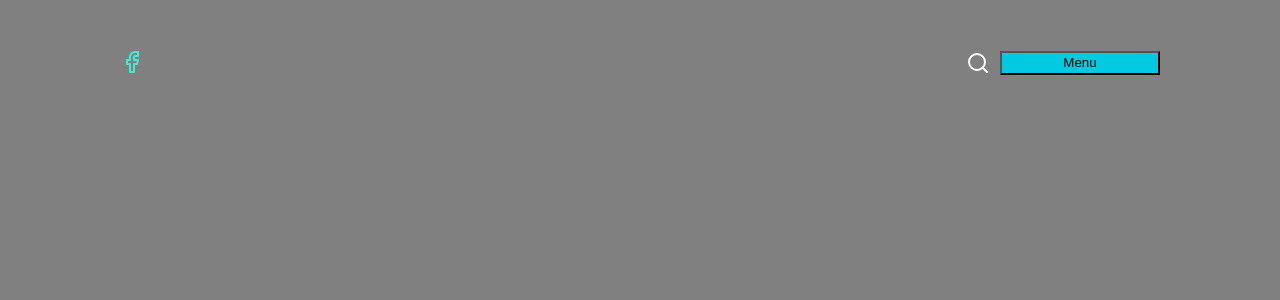
Repository: Silva-jr/night-trip
Page: index.html
These files come from the project's save history. The page is drawn as it stood at one moment and after the next save; the edit follows.
The browser window is 1280 px wide. The pictures show the whole page.

Above is the page before, as saved 2021-07-20 23:00:13.

### index.html
<!DOCTYPE html>
<html lang="en">

    <head>
        <meta charset="UTF-8">
        <meta http-equiv="X-UA-Compatible" content="IE=edge">
        <meta name="viewport" content="width=device-width, initial-scale=1.0">
        <link rel="stylesheet" href="style/style.css">
        <title>Document</title>
    </head>

    <body>
        <div class="container">
            <section class="app-content">
                <header class="header">
                        <div class="logo">
                            <img src="./assets/facebook 1.svg" alt="">
                        </div>
                        <div class="menu">
                            <img src="./assets/search 1.svg" alt="">
                            <button>Menu</button>
                        </div>
                </header>
            </section>
        </div>
    </body>

</html>

### style/style.css

* {
  box-sizing: border-box;
  margin: 0;
  padding: 0;
}

html {
  height: 100%; /* fix height to 100% for IE */
  max-height: 100%; /* fix height for other browsers */
  /*overflow:hidden; /*get rid of scroll bars in IE */
  overflow-x: hidden;
  transition: 0.3s;
}

html,
body {
  scroll-behavior: smooth;
  height: 100%;
  max-height: 100%;
  height: 100vh;
  font-size: 62.5%;
  font-family: "Roboto", sans-serif;
  background-color: grey;
}

body {
  overflow: hidden;
  font-family: "Poppins", sans-serif;
  background-color: var(--background-color);
  -webkit-font-smoothing: antialiased;
  -moz-osx-font-smoothing: grayscale;
}

a {
  text-decoration: none;
}

.container{
    width: 100%;
    margin: 0 auto;
    max-width: 1140px;
    padding: 5rem;
}

.app-content{
    width: 100%;
    height: auto;
    margin: 0 auto;
}

.header{
    width: 100%;
    height: auto;
    display: flex;
    align-items: center;
    justify-content: space-between;
}

.menu{
    display: flex;
}

.menu img{
    margin-right: 1rem;
}

.menu button{
    background-color: #00C9E0;
    width: 16rem;
    height: 6;
}

After the next save:
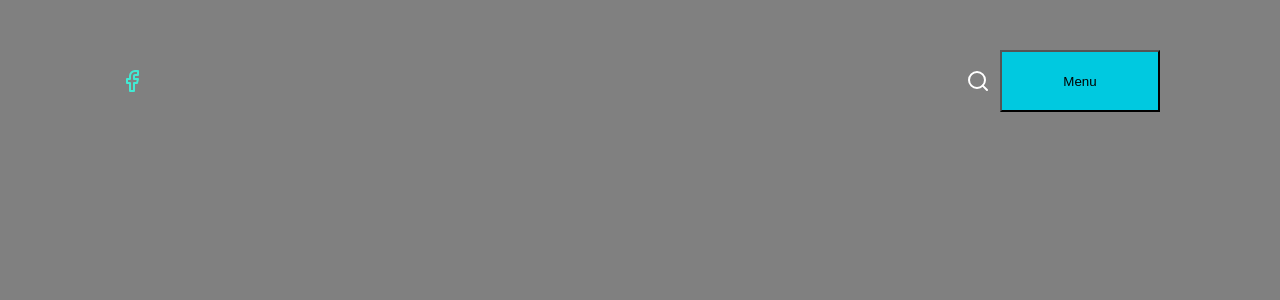
Saved 5 s later.
--- a/style/style.css
+++ b/style/style.css
@@ -68,5 +68,5 @@ a {
 .menu button{
     background-color: #00C9E0;
     width: 16rem;
-    height: 6;
+    height: 6.2rem;
 }
